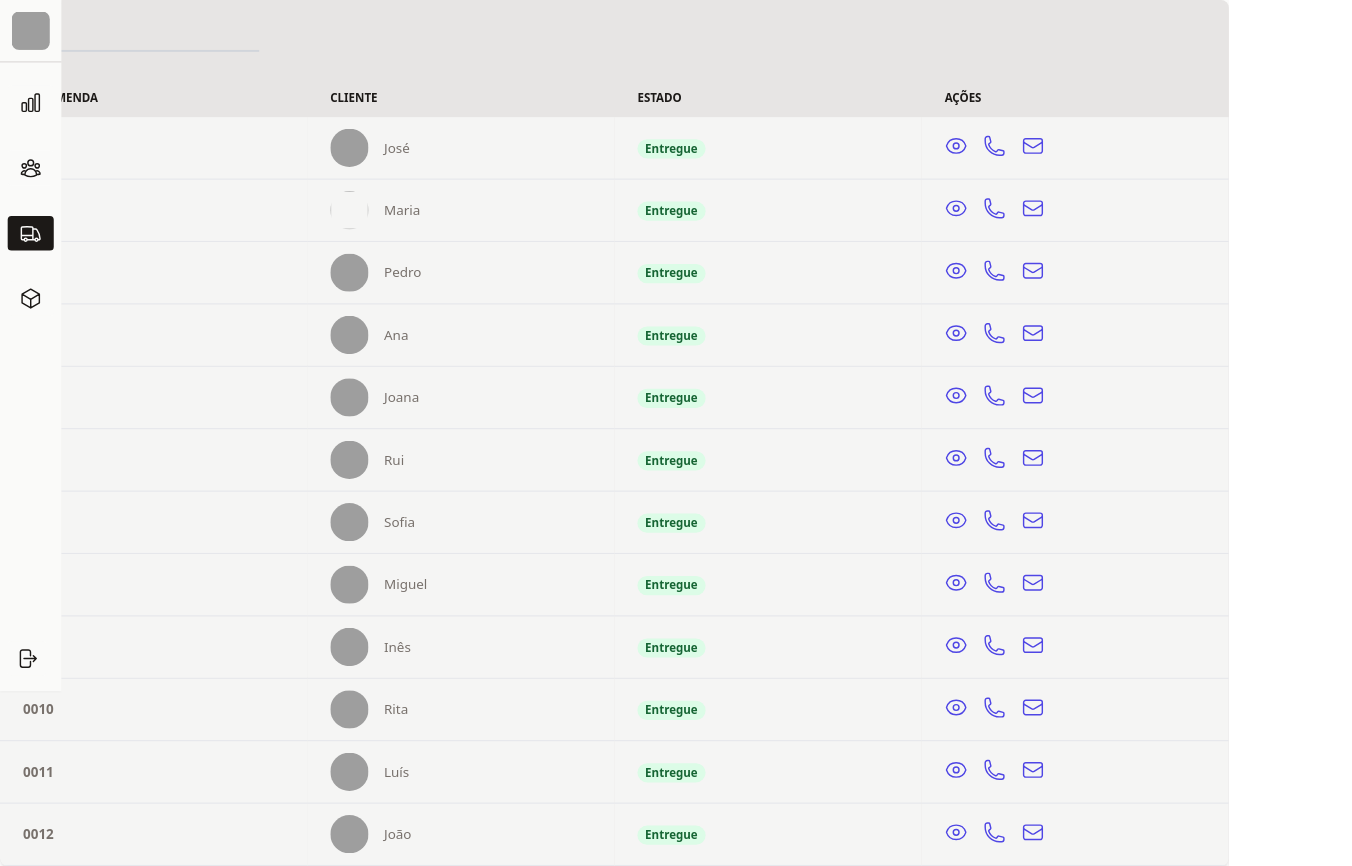
Repository: XavierOtavio/Cuzinhas
Page: /dashboard/orders
These files come from the project's save history. The page is drawn as it stood at one moment and after the next save; the edit follows.
The browser window is 1280 px wide. The page is 1280 px wide, then 1408 px, so the pictures cover 1408 px, including what lies to the right of the window. The pictures show the whole page, at 96% of full size.
Pictures or frames that could not be fetched are drawn as grey boxes. The project was rebuilt for these pictures with package versions that can differ from the ones it lists, and the page was loaded fresh each time. Also part of the build but not shown: src/components/Logotipo.js, src/components/Header.js, src/components/Dashboard.js, src/components/Login.js, src/components/Register.js, src/components/Home.js, src/components/LayoutFront.js.

Above is the page before, as saved 2023-03-08 15:46:15.

### src/App.js
import { Route, Routes } from "react-router-dom";
import Header from "./components/Header";
import LayoutBackend from "./components/LayoutBackend";
import Dashboard from "./components/Dashboard";
import Orders from "./components/Orders";
import Login from "./components/Login";
import Register from "./components/Register";
import Home from "./components/Home";
import LayoutFront from "./components/LayoutFront";

function App() {
  return (
    <div className="App">
      <Routes>
        <Route path="/dashboard" element={<LayoutBackend />}>
          <Route path="" element={<Dashboard />} />
          <Route path="orders" element={<Orders />} />
        </Route>
        <Route path="" element={<LayoutFront />}>
          <Route path="/" element={<Home />} />
        </Route>
        <Route path="/login" element={<Login />} />
        <Route path="/register" element={<Register />} />
      </Routes>
    </div>
  );
}

export default App;

### src/components/LayoutBackend.js
import React from "react";
import SideBar from "./SideBar";
import { Outlet } from "react-router-dom";

export default function LayoutBackend() {
  return (
    <>
      <div className="absolute h-screen w-screen">
        <SideBar />
        <div className="relative flex h-full items-center justify-center bg-stone-50">
          <Outlet />
        </div>
      </div>
    </>
  );
}

### src/components/Orders.js
import { EyeIcon, PhoneIcon, EnvelopeIcon } from "@heroicons/react/24/outline";
import { useState } from "react";

export default function Orders() {
  const [search, setSearch] = useState({ status: "" });
  let orders = [
    {
      id: "0001",
      name: "José",
      profilePhoto:
        "https://fd230791b4.cbaul-cdnwnd.com/6573da65277e34d2c8f10c32c9f32cbf/200000001-4c1aa4d753/1246700716628_f.jpg",
      status: "Canceled",
      phone: "912345678",
      email: "jose@cuzinhas.pt",
    },
    {
      id: "0002",
      name: "Maria",
      status: "Refunded",
      phone: "912345678",
      email: "jose@cuzinhas.pt",
    },
    {
      id: "0003",
      name: "Pedro",
      profilePhoto:
        "https://media.npr.org/assets/img/2022/11/08/ap22312071681283-0d9c328f69a7c7f15320e8750d6ea447532dff66.jpg",
      status: "PendingPayment",
      phone: "912345678",
      email: "jose@cuzinhas.pt",
    },
    {
      id: "0004",
      name: "Ana",
      profilePhoto:
        "https://politics.princeton.edu/sites/default/files/styles/square/public/images/Aseel%20Profile%20Pic.jpg?h=96281f56&itok=_XvylDKQ",
      status: "Assembling",
      phone: "912345678",
      email: "jose@cuzinhas.pt",
    },
    {
      id: "0005",
      name: "Joana",
      profilePhoto:
        "https://politics.princeton.edu/sites/default/files/styles/square/public/images/YutianAn0919_0004.jpg?h=6bb51d0e&itok=D-1_EYgw",
      status: "Scheduling",
      phone: "912345678",
      email: "jose@cuzinhas.pt",
    },
    {
      id: "0006",
      name: "Rui",
      profilePhoto:
        "https://politics.princeton.edu/sites/default/files/styles/square/public/images/p-5.jpeg?h=87dbaab7&itok=ub6jAL5Q",
      status: "Scheduled",
      phone: "912345678",
      email: "jose@cuzinhas.pt",
    },
    {
      id: "0007",
      name: "Sofia",
      profilePhoto:
        "https://politics.princeton.edu/sites/default/files/styles/square/public/images/Elizabeth-Bachman_092721_0003.jpg?h=102c6dce&itok=uL0Sbls1",
      status: "Canceled",
      phone: "912345678",
      email: "jose@cuzinhas.pt",
    },
    {
      id: "0008",
      name: "Miguel",
      profilePhoto:
        "https://politics.princeton.edu/sites/default/files/styles/square/public/images/GordonArsenoff_072721_0014-edit%20%281%29.jpg?h=39a78a6d&itok=hgDXBQsE",
      status: "Refunded",
      phone: "912345678",
      email: "jose@cuzinhas.pt",
    },
    {
      id: "0009",
      name: "Inês",
      profilePhoto:
        "https://politics.princeton.edu/sites/default/files/styles/square/public/images/p-4.jpeg?h=6d5fbd74&itok=UAzUQXdO",
      status: "PendingPayment",
      phone: "912345678",
      email: "jose@cuzinhas.pt",
    },
    {
      id: "0010",
      name: "Rita",
      profilePhoto:
        "https://politics.princeton.edu/sites/default/files/styles/square/public/images/Al-Shami.jpeg?h=227444a7&itok=hmE_Lctk",
      status: "Assembling",
      phone: "912345678",
      email: "jose@cuzinhas.pt",
    },
    {
      id: "0011",
      name: "Luís",
      profilePhoto:
        "https://politics.princeton.edu/sites/default/files/styles/square/public/images/Alkhawaldeh_Headshot.jpg?h=6a43611b&itok=RFd3qC78",
      status: "Scheduling",
      phone: "912345678",
      email: "jose@cuzinhas.pt",
    },
    {
      id: "0012",
      name: "João",
      profilePhoto:
        "https://politics.princeton.edu/sites/default/files/styles/square/public/images/Greg%20Amusu%20Department%20Photo%20%28002%29%202.jpeg?itok=lqtdmKJB",
      status: "Scheduled",
      phone: "912345678",
      email: "jose@cuzinhas.pt",
    },
  ];

  const filteredOrders = orders.filter((order) => {
    if (search.status === "") {
      return order;
    } else if (order.status === search.status) {
      return order;
    }
  });

  return (
    <div className="w-full  absolute mx-64 top-0 overflow-x-auto shadow-md sm:rounded-lg bg-stone-200">
      <div className="flex items-center justify-between pb-4">
        <div className="relative mx-6 my-3 flex-1">
          <select
            required
            value={search.admin}
            name="adminCheck"
            id="adminCheck"
            onChange={(e) => setSearch({ status: e.target.value })}
            className="peer block w-full appearance-none border-0 border-b-2 border-gray-300 bg-transparent px-0 py-2.5 text-sm text-gray-900 focus:border-red-600 focus:outline-none focus:ring-0 "
          >
            <option value={""}>Todos</option>
            <option value={"Canceled"}>Cancelado</option>
            <option value={"Refunded"}>Reembolsado</option>
            <option value={"PendingPayment"}>À espera de pagamento</option>
            <option value={"Assembling"}>Em produção</option>
            <option value={"Scheduling"}>À espera de agendamento</option>
            <option value={"Scheduled"}>Agendado</option>
            <option value={"Assembling"}>Em instalação</option>
            <option value={"Done"}>Concluido</option>
          </select>
          <label
            htmlFor="adminCheck"
            className="absolute top-3 -z-10 origin-[0] -translate-y-6 scale-75 transform text-sm text-gray-500 duration-300 peer-placeholder-shown:translate-y-0 peer-placeholder-shown:scale-100 peer-focus:left-0 peer-focus:-translate-y-6 peer-focus:scale-75 peer-focus:font-medium peer-focus:text-orange-500"
          >
            Tipo de utilizador
          </label>
        </div>
        <div className="flex-[4]" />
      </div>
      <table className="table-fixed w-full text-sm text-left text-stone-500">
        <thead className="text-xs text-stone-900 uppercase ">
          <tr>
            <th className="px-6 py-3" scope="col">
              Encomenda
            </th>
            <th className="px-6 py-3" scope="col">
              Cliente
            </th>
            <th className="px-6 py-3" scope="col">
              Estado
            </th>
            <th className="px-6 py-3" scope="col">
              Ações
            </th>
          </tr>
        </thead>
        <tbody>
          {filteredOrders.map((order) => (
            <tr key={order.id} className="bg-stone-100 border-b">
              <th
                scope="row"
                className="px-6 py-3 whitespace-nowrap cursor-pointer"
              >
                {order.id}
              </th>
              <td className="px-6 py-3 whitespace-nowrap cursor-pointer">
                <div className="flex items-center">
                  <div className="flex-shrink-0 h-10 w-10">
                    <img
                      className="h-10 w-10 rounded-full"
                      src={order.profilePhoto}
                      alt=""
                    />
                  </div>
                  <div className="ml-4">
                    <div className="text-sm font-medium">{order.name}</div>
                  </div>
                </div>
              </td>
              <td className="px-6 py-3 whitespace-nowrap">
                <span className="px-2 inline-flex text-xs leading-5 font-semibold rounded-full bg-green-100 text-green-800">
                  Entregue
                </span>
              </td>
              <td className="px-6 py-3">
                <div className="inline-grid grid-cols-3 gap-4">
                  <EyeIcon className="text-indigo-600 hover:text-indigo-900 cursor-pointer w-6" />
                  <a href={`tel:${order.phone}`}>
                    <PhoneIcon className="text-indigo-600 hover:text-indigo-900 cursor-pointer w-6" />
                  </a>
                  <a href={`mail:${order.email}`}>
                    <EnvelopeIcon className="text-indigo-600 hover:text-indigo-900 cursor-pointer w-6" />
                  </a>
                </div>
              </td>
            </tr>
          ))}
        </tbody>
      </table>
    </div>
  );
}

### src/components/SideBar.js
import React from "react";
import { Link, useLocation } from "react-router-dom";
import {
  ArrowRightOnRectangleIcon,
  ChartBarIcon,
  CubeIcon,
  TruckIcon,
  UserGroupIcon,
} from "@heroicons/react/24/outline";

export default function SideBar() {
  const location = useLocation();
  return (
    <div className="absolute inset-y-0 left-0 z-10 w-16 shadow-sm bg-stone-50">
      <div>
        <div className="inline-flex h-16 w-16 items-center justify-center">
          <Link
            to="/profile"
            className="group relative flex justify-center rounded"
          >
            <img
              alt="user"
              className="rounded-lg h-10 w-10"
              src="https://cdn.discordapp.com/attachments/1082425024104894666/1082799435727253584/xSVMV6xD9Cf7K56wjeEF--1--2htnr.jpg"
            />
            <span className="absolute left-full text-left whitespace-nowrap top-1/2 ml-4 -translate-y-1/2 rounded bg-stone-900 px-2 py-1.5 text-xs font-medium text-stone-50 opacity-0 group-hover:opacity-100">
              Perfil <p className="font-light">Xavier Otávio</p>
            </span>
          </Link>
        </div>
        <div className="border-t border-stone-300">
          <nav aria-label="Main" className="flex flex-col p-2">
            <div className="py-4">
              <Link
                to="/dashboard"
                className={`group relative flex  justify-center rounded  px-2 py-1.5  ${
                  location.pathname === "/dashboard"
                    ? "bg-stone-900 text-stone-50"
                    : "bg-stone-50 text-stone-900"
                }`}
              >
                <ChartBarIcon className="h-6 w-6" />
                <span className="absolute left-full top-1/2 ml-4 -translate-y-1/2 rounded bg-stone-900 px-2 py-1.5 text-xs font-medium text-stone-50 opacity-0 group-hover:opacity-100">
                  Dashboard
                </span>
              </Link>
            </div>
            <div className="py-4">
              <Link
                to="/dashboard/employees"
                className={`group relative flex  justify-center rounded  px-2 py-1.5  ${
                  location.pathname === "/dashboard/employees"
                    ? "bg-stone-900 text-stone-50"
                    : "bg-stone-50 text-stone-900"
                }`}
              >
                <UserGroupIcon className="h-6 w-6" />
                <span className="absolute left-full top-1/2 ml-4 -translate-y-1/2 rounded bg-stone-900 px-2 py-1.5 text-xs font-medium text-stone-50 opacity-0 group-hover:opacity-100">
                  Empregados
                </span>
              </Link>
            </div>
            <div className="py-4">
              <Link
                to="/dashboard/orders"
                className={`group relative flex  justify-center rounded  px-2 py-1.5  ${
                  location.pathname === "/dashboard/orders"
                    ? "bg-stone-900 text-stone-50"
                    : "bg-stone-50 text-stone-900"
                }`}
              >
                <TruckIcon className="h-6 w-6" />
                <span className="absolute left-full top-1/2 ml-4 -translate-y-1/2 rounded bg-stone-900 px-2 py-1.5 text-xs font-medium text-stone-50 opacity-0 group-hover:opacity-100">
                  Encomendas
                </span>
              </Link>
            </div>
            <div className="py-4">
              <Link
                to="/dashboard/stock"
                className={`group relative flex  justify-center rounded  px-2 py-1.5  ${
                  location.pathname === "/dashboard/stock"
                    ? "bg-stone-900 text-stone-50"
                    : "bg-stone-50 text-stone-900"
                }`}
              >
                <CubeIcon className="h-6 w-6" />
                <span className="absolute left-full top-1/2 ml-4 -translate-y-1/2 rounded bg-stone-900 px-2 py-1.5 text-xs font-medium text-stone-50 opacity-0 group-hover:opacity-100">
                  Matérias-primas
                </span>
              </Link>
            </div>
            <div className="py-4 bottom-0 absolute">
              <Link
                to="/"
                className="group relative flex  justify-center rounded bg-stone-50 px-2 py-1.5 text-stone-900"
              >
                <ArrowRightOnRectangleIcon className="h-6 w-6" />
                <span className="absolute left-full top-1/2 ml-4 -translate-y-1/2 rounded bg-stone-900 px-2 py-1.5 text-xs font-medium text-stone-50 opacity-0 group-hover:opacity-100">
                  Sair
                </span>
              </Link>
            </div>
          </nav>
        </div>
      </div>
    </div>
  );
}

Loaded but not shown: public/index.html (common file); src/index.js (common file); src/index.css (common file); src/reportWebVitals.js (common file); tailwind.config.js (common file)

After the next save:
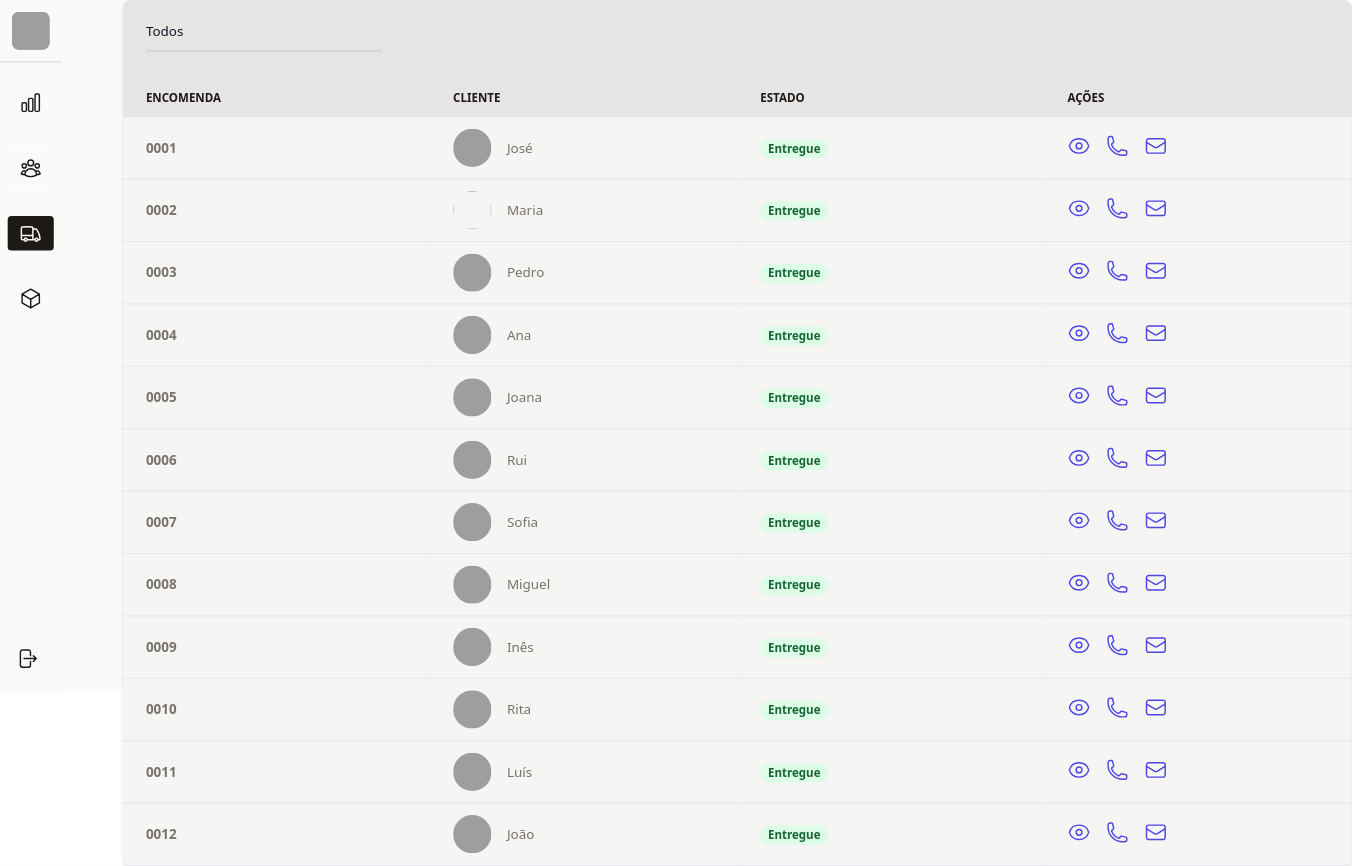
Saved 11 s later.
--- a/src/components/Orders.js
+++ b/src/components/Orders.js
@@ -121,7 +121,7 @@ export default function Orders() {
   });
 
   return (
-    <div className="w-full  absolute mx-64 top-0 overflow-x-auto shadow-md sm:rounded-lg bg-stone-200">
+    <div className="w-full  absolute left-32 top-0 overflow-x-auto shadow-md sm:rounded-lg bg-stone-200">
       <div className="flex items-center justify-between pb-4">
         <div className="relative mx-6 my-3 flex-1">
           <select
